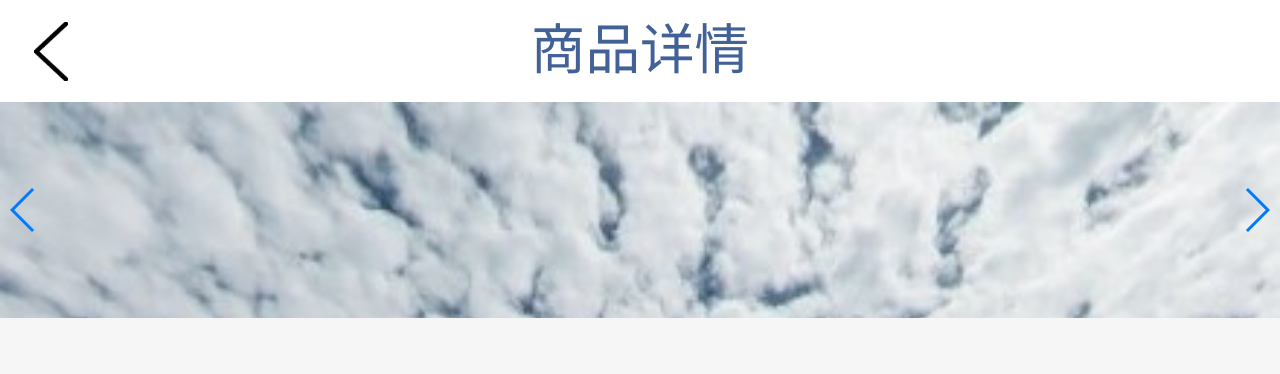
Repository: 421538074/sell
Page: consumer/goods-detail.html
An editor plug-in stored every save of this project. The page is shown before and after the next save, followed by the edit.
The browser window is 1280 px wide. The pictures show the whole page.

Above is the page before, as saved 2019-05-30 10:17:10.

### consumer/goods-detail.html
<!DOCTYPE html>
<html lang="en">

<head>
    <meta charset="UTF-8">
    <meta name="viewport" content="width=device-width, initial-scale=1.0">
    <meta http-equiv="X-UA-Compatible" content="ie=edge">
    <title>商品详情</title>
    <link rel="stylesheet" href="../css/base.css">
    <link rel="stylesheet" href="css/common.css">
    <link rel="stylesheet" href="../css/swiper.min.css">
    <link rel="stylesheet" href="css/goods-detail.css">
</head>

<body>
    <div id="app" class="content">
        <nav class="nav-bar-wrapper">
            <img src="../img/back.png" class="back-icon">
            <p class="nav-bar-title">商品详情</p>
        </nav>
        <div class="goods-pictures-wrapper">
            <div class="swiper-container ">
                <div class="swiper-wrapper">
                    <div class="swiper-slide" v-for="item in 5">
                        <img src="../img/1.jpg" class="slide-img" alt="">
                    </div>
                </div>
                <div class="swiper-button-next"></div>
                <div class="swiper-button-prev"></div>
            </div>
        </div>
    </div>
    <script src="../js/api.js"></script>
    <script src="../js/vue.js"></script>
    <script src="../js/swiper.min.js"></script>
    <script src="js/vue-mixin.js"></script>
    <script src="js/goods-detail.js"></script>
</body>

</html>

### css/base.css
/* http://meyerweb.com/eric/tools/css/reset/
   v2.0 | 20110126
   License: none (public domain)
*/

html,
body,
div,
span,
applet,
object,
iframe,
h1,
h2,
h3,
h4,
h5,
h6,
p,
blockquote,
pre,
a,
abbr,
acronym,
address,
big,
cite,
code,
del,
dfn,
em,
img,
ins,
kbd,
q,
s,
samp,
small,
strike,
strong,
sub,
sup,
tt,
var,
b,
u,
i,
center,
dl,
dt,
dd,
ol,
ul,
li,
fieldset,
form,
label,
legend,
table,
caption,
tbody,
tfoot,
thead,
tr,
th,
td,
article,
aside,
canvas,
details,
embed,
figure,
figcaption,
footer,
header,
hgroup,
menu,
nav,
output,
ruby,
section,
summary,
time,
mark,
audio,
video {
    margin: 0;
    padding: 0;
    border: 0;
    font-size: 100%;
    font: inherit;
    vertical-align: baseline;
}

/* HTML5 display-role reset for older browsers */
article,
aside,
details,
figcaption,
figure,
footer,
header,
hgroup,
menu,
nav,
section {
    display: block;
}

body {
    line-height: 1;
}

ol,
ul {
    list-style: none;
}

blockquote,
q {
    quotes: none;
}

blockquote:before,
blockquote:after,
q:before,
q:after {
    content: '';
    content: none;
}

table {
    border-collapse: collapse;
    border-spacing: 0;
}


body,
html {
    font-size: calc(100vw / 37.5);
    font-family: PingFangSC-Medium;
    background: #F2F2F2;
}


[v-cloak] {
    display: none;
}


hr {
    margin: 0;
    padding: 0;
}

.clearfix {
    zoom: 1;
}

.clearfix:after {
    content: ".";
    display: block;
    visibility: hidden;
    height: 0;
    clear: both;
}

[v-cloak] {
    display: none;
}

### consumer/css/common.css
*{
    box-sizing: border-box;
}
html,body{
    background: #f6f6f6;
}
html,body,div.content{
    height: 100%;
}
/*底部菜单栏*/
nav.tool-bar-wrapper {
    height: 3rem;
    background: #ffffff;
    display: flex;
    align-items: center;
    justify-content: space-around;
}
a.nav-item {
    color: #888888;
    text-decoration: none;
    font-size: 1.5rem;
    display: flex;
    flex-direction: column;
    align-items: center;
    justify-content: space-around;
    height: 90%;
}
a.nav-item.active{
    color: #0093FF;
}
img.nav-item-icon{
    width: 1.5rem;
    height: 1.5rem;
}
.ellipsis{
    overflow: hidden;
    white-space: nowrap;
    text-overflow: ellipsis;
}
/*顶部返回栏 */
nav.nav-bar-wrapper {
    background: #FFFFFF;
    height: 3rem;
    display: flex;
    align-items: center;
    justify-content: space-around;
    position: relative;
    font-size: 1.6rem;
    color: #426196;
}
img.back-icon {
    position: absolute;
    width: 1rem;
    left: 1rem;
}

### consumer/css/goods-detail.css
.goods-pictures-wrapper ,.swiper-container{
    max-height: 30vh;
    overflow: hidden;
}
img.slide-img{
    width: 100%;
    height: 100%;
}
.swiper-button-next, .swiper-button-prev,
.swiper-button-prev, .swiper-container-rtl .swiper-button-next{
    outline: 0;
}

### js/api.js



// window.warn = {
//     alert: function alert(msg) {
//         var template = `
// `
//         $('body').append(template);
//         $('.alert-body').animate({
//             top: "40px"
//         }, 200);
//         // setTimeout(function () {
//         //     warn.close();
//         // }, 1500);
//     },
//     close: function close() {
//         $('.alert-body').animate({
//             top: "-280px"
//         }, 200);
//         setTimeout(function () {
//             $('#alert-msg').remove();
//         }, 200);
//     }
// };

### consumer/js/vue-mixin.js
Vue.mixin({
    methods: {
        /**
         * 返回
         */
        back() {
            history.go(-1);
        },
        /**
         * 限制长度
         * @param {String} 要限制长度的字段
         * @param {Number} 长度
         */
        limitLength(key, length) {
            this[key] = this[key].substring(0, length);
        },
        /**
         * 验证11位手机号
         * @param {Number} phone
         */
        validatePhone(phone) {
            const phoneReg = /^[1-9][0-9]{9}[0-9]$/;
            return phoneReg.test(phone);
        },
        /**
         * 发送手机验证码
         * @param {Number} waitTimeKey 等待时间键名
         * @param {String} tipsKey 发送验证码显示的信息的键名
         * @param {String} phoneKey 手机号键名
         * @param {String} reSendMsg  按钮默认显示的文字
         */
        sendCode(waitTimeKey, tipsKey, phoneKey, defaultMsg) {
            if (!this.validatePhone(this[phoneKey])) {
                alert('无效手机号!');
                return;
            }
            if (this[waitTimeKey] == 60) {
                $.post('', {
                        phone: this[phoneKey]
                    }, (res) => {
                        if (res.status == 1) {
                            const interval = setInterval(() => {
                                if (this[waitTimeKey] == 1) {
                                    this[waitTimeKey] = 60;
                                    this[tipsKey] = defaultMsg;
                                    clearInterval(interval);
                                    return;
                                }
                                this[waitTimeKey] -= 1;
                                this[tipsKey] = `${this[waitTimeKey]}s`;
                            }, 1000);
                        } else {
                            alert('发送失败!');
                        }
                    }, 'json')
                    .fail(err => {
                        alert('服务器异常!');
                    });
            }
        },
        /**
         * 链接跳转
         * @param {String} url
         */
        linkTo(url) {
            window.location.href = url;
        }
    },
    filters: {

    }
})

### consumer/js/goods-detail.js
new Vue({
    el: '#app',
    data() {
        return {

        }
    },
    methods: {
        initSwiper() {
            new Swiper('.swiper-container', {
                slidesPerView: 1,
                spaceBetween: 30,
                loop: true,
                pagination: {
                    el: '.swiper-pagination',
                    clickable: true,
                },
                navigation: {
                    nextEl: '.swiper-button-next',
                    prevEl: '.swiper-button-prev',
                },
            });
        }
    },
    mounted() {
        this.$nextTick(() => {
            this.initSwiper();
        });
    },
});

Loaded but not shown: css/swiper.min.css (library); js/vue.js (library); js/swiper.min.js (library)

After the next save:
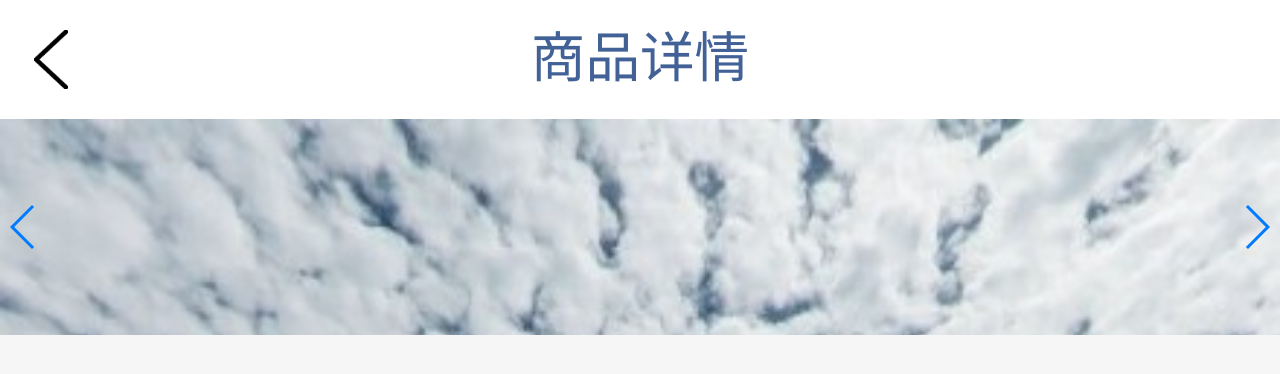
Saved 81 s later.
--- a/consumer/css/common.css
+++ b/consumer/css/common.css
@@ -40,7 +40,7 @@ img.nav-item-icon{
 /*顶部返回栏 */
 nav.nav-bar-wrapper {
     background: #FFFFFF;
-    height: 3rem;
+    height: 3.5rem;
     display: flex;
     align-items: center;
     justify-content: space-around;
